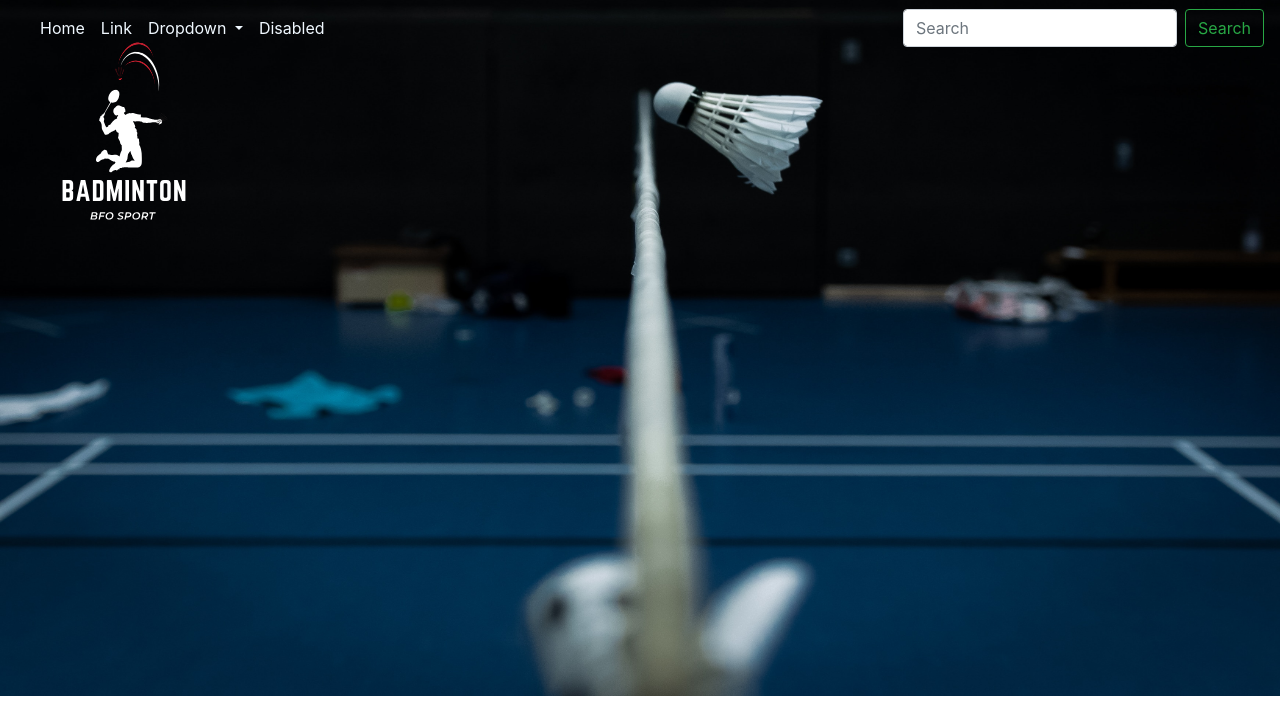
Repository: tsthuy/Badminton
Page: index.html
The author's editor kept a copy of each file at every save. The page is drawn from the files as they stood at one save, then again after the next save.
The browser window is 1280 px wide. The pictures show the whole page.
Some web libraries are served in a nearby version.

Above is the page before, as saved 2023-10-13 20:23:18.

### index.html
<!DOCTYPE html>
<html lang="en">
<head>
    <meta charset="UTF-8">
    <meta name="viewport" content="width=device-width, initial-scale=1.0">
    <link rel="stylesheet" href="https://cdn.jsdelivr.net/npm/bootstrap@4.0.0/dist/css/bootstrap.min.css" integrity="sha384-Gn5384xqQ1aoWXA+058RXPxPg6fy4IWvTNh0E263XmFcJlSAwiGgFAW/dAiS6JXm" crossorigin="anonymous">
    <link rel="stylesheet" href="main.css">

    <title>Badminton</title>
</head>
<body>

<nav class="navbar navbar-expand-lg navbar-light bg-light " style="background-color: transparent !important;
">
  <a style="color: aliceblue;" class="navbar-brand" href="#">

        <img class="logo" src="./Image/sport center (1).svg" />


  </a>
  <button class="navbar-toggler" type="button" data-toggle="collapse" data-target="#navbarSupportedContent" aria-controls="navbarSupportedContent" aria-expanded="false" aria-label="Toggle navigation">
    <span class="navbar-toggler-icon"></span>
  </button>

  <div class="collapse navbar-collapse" id="navbarSupportedContent">
    <ul class="navbar-nav mr-auto">
      <li class="nav-item active">
        <a style="color: aliceblue;" class="nav-link" href="#">Home <span class="sr-only">(current)</span></a>
      </li>
      <li class="nav-item">
        <a style="color: aliceblue;" class="nav-link" href="#">Link</a>
      </li>
      <li class="nav-item dropdown">
        <a style="color: aliceblue;" class="nav-link dropdown-toggle" href="#" id="navbarDropdown" role="button" data-toggle="dropdown" aria-haspopup="true" aria-expanded="false">
          Dropdown
        </a>
        <div style="color: aliceblue;" class="dropdown-menu" aria-labelledby="navbarDropdown">
          <a class="dropdown-item" href="#">Action</a>
          <a class="dropdown-item" href="#">Another action</a>
          <div class="dropdown-divider"></div>
          <a class="dropdown-item" href="#">Something else here</a>
        </div>
      </li>
      <li class="nav-item">
        <a style="color: aliceblue;" class="nav-link disabled" href="#">Disabled</a>
      </li>
    </ul>
    <form class="form-inline my-2 my-lg-0">
      <input class="form-control mr-sm-2" type="search" placeholder="Search" aria-label="Search">
      <button class="btn btn-outline-success my-2 my-sm-0" type="submit">Search</button>
    </form>
  </div>
</nav>
   <div class="background_cover">

    <img class="bg_img" src="./Image/stephan-rothe-VePgmkq3hHI-unsplash.jpg" alt="" style="">
   </div>

</body>

<script src="https://code.jquery.com/jquery-3.2.1.slim.min.js" integrity="sha384-KJ3o2DKtIkvYIK3UENzmM7KCkRr/rE9/Qpg6aAZGJwFDMVNA/GpGFF93hXpG5KkN" crossorigin="anonymous"></script>
<script src="https://cdn.jsdelivr.net/npm/popper.js@1.12.9/dist/umd/popper.min.js" integrity="sha384-ApNbgh9B+Y1QKtv3Rn7W3mgPxhU9K/ScQsAP7hUibX39j7fakFPskvXusvfa0b4Q" crossorigin="anonymous"></script>
<script src="https://cdn.jsdelivr.net/npm/bootstrap@4.0.0/dist/js/bootstrap.min.js" integrity="sha384-JZR6Spejh4U02d8jOt6vLEHfe/JQGiRRSQQxSfFWpi1MquVdAyjUar5+76PVCmYl" crossorigin="anonymous"></script>
    </script>
</html>

### main.css
.logo
{
    width: 300px;
   position: absolute;
   left: -26px;
   top: 0;
}
.bg_img
{
    margin-top: -80px; height: 100vh; width: 100%;
}

After the next save:
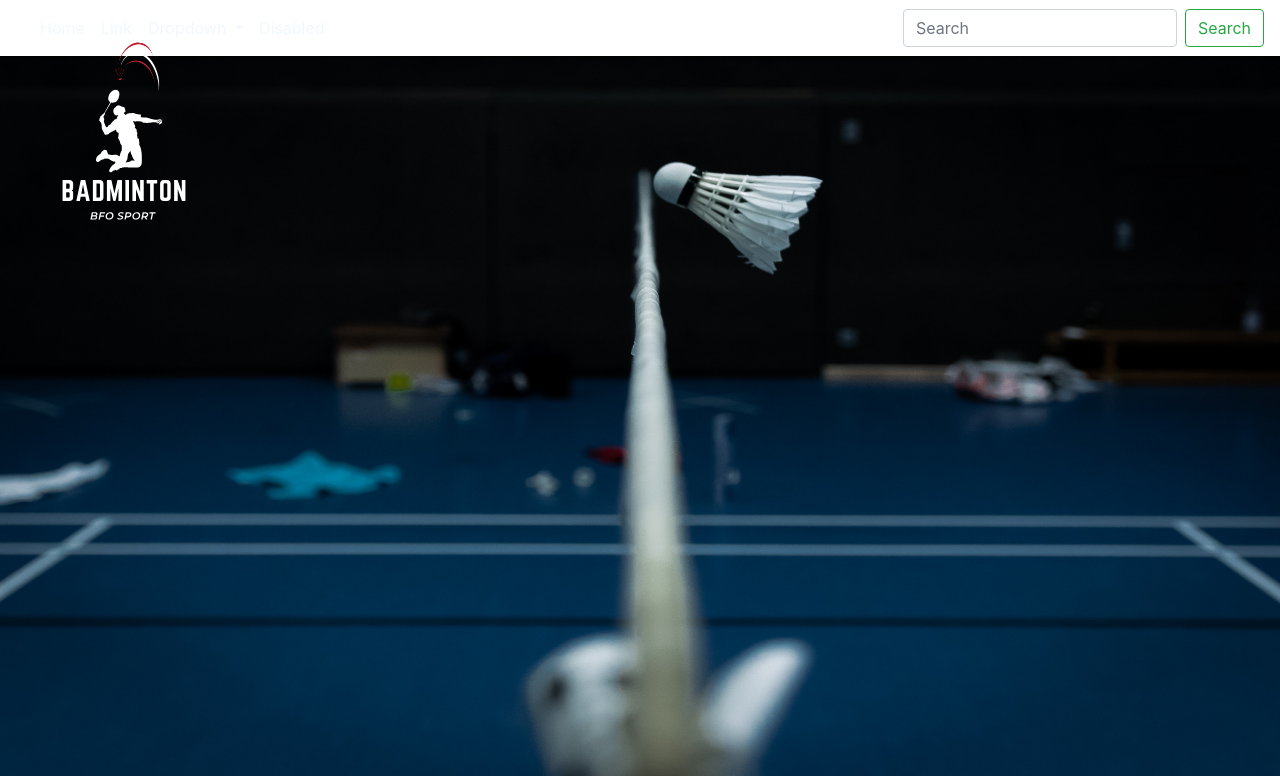
Saved 13 s later.
--- a/main.css
+++ b/main.css
@@ -7,5 +7,6 @@
 }
 .bg_img
 {
-    margin-top: -80px; height: 100vh; width: 100%;
+    height: 100vh;
+    width: 100%;
 }
